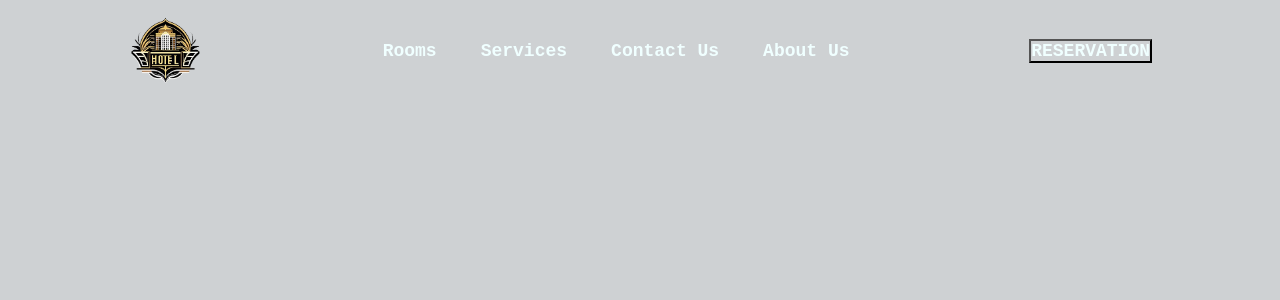
Repository: DhananjayaLakshan/Uom-Web_Design_For_Beginners
Page: Final Assignment/index.html
An editor plug-in stored every save of this project. The page is shown before and after the next save, followed by the edit.
The browser window is 1280 px wide. The pictures show the whole page.

Above is the page before, as saved 2023-11-29 13:56:38.

### Final Assignment/index.html
<!DOCTYPE html>
<html lang="en">
<head>
    <meta charset="UTF-8">
    <meta name="viewport" content="width=device-width, initial-scale=1.0">
    <title>Ceylon Hotel</title>

    <link rel="stylesheet" href="style.css">
    <script src="script.js"></script>
</head>
<body>

    <header>
        <img class="logo" src="img/logo.png" alt="logo">

        <nav>
            <ul class="navBar">
                <li>
                    <a href="#"> Rooms</a>
                </li>

                <li>
                    <a href="#"> Services</a>
                </li>

                <li>
                    <a href="#"> Contact Us</a>
                </li>

                <li>
                    <a href="#"> About Us</a>
                </li>


            </ul>
        </nav>

        <a href="#"> <button>RESERVATION</button> </a>


    </header>

</body>
</html>

### Final Assignment/style.css
*{
    box-sizing: border-box;
    padding: 0;
    margin: 0;
    background-color: rgb(206, 209, 211);
}

li,a, button{
    font-family: 'Courier New', Courier, monospace;
    font-weight: 600;
    font-size: 18px;
    text-decoration: none;
    color: azure;
}

header{
    display: flex;
    justify-content: space-between;
    align-items: center;
    padding: 13px 10%;

}

.logo{
    width: 75px;
    height: 75px;
    cursor: pointer;
}

.navBar{
    list-style: none;
}

.navBar li{
    display: inline-block;
    padding: 0px 20px;
}

.navBar li a {
    transition: all 0.3s ease 0s;
}

.navBar li a:hover{
    color: red;
}

Loaded but not shown: Final Assignment/script.js (no stored copy; drawn as an empty file)

After the next save:
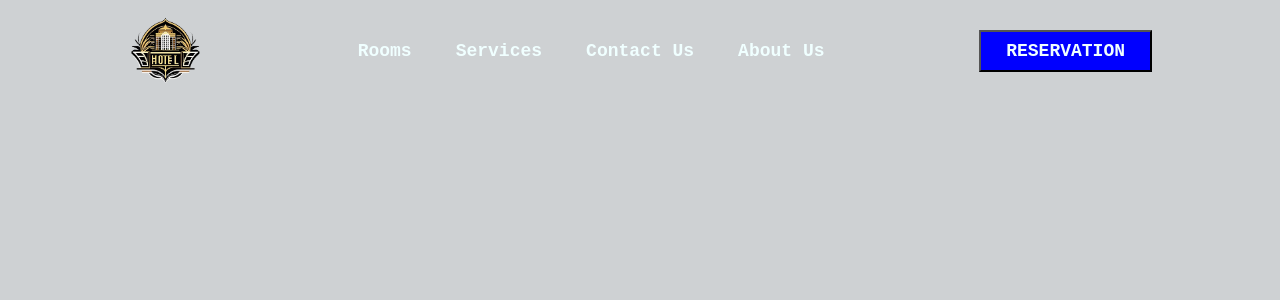
Saved 53 s later.
--- a/Final Assignment/style.css
+++ b/Final Assignment/style.css
@@ -43,3 +43,8 @@ header{
 .navBar li a:hover{
     color: red;
 }
+
+button{
+    padding: 9px 25px;
+    background-color:blue;
+}
